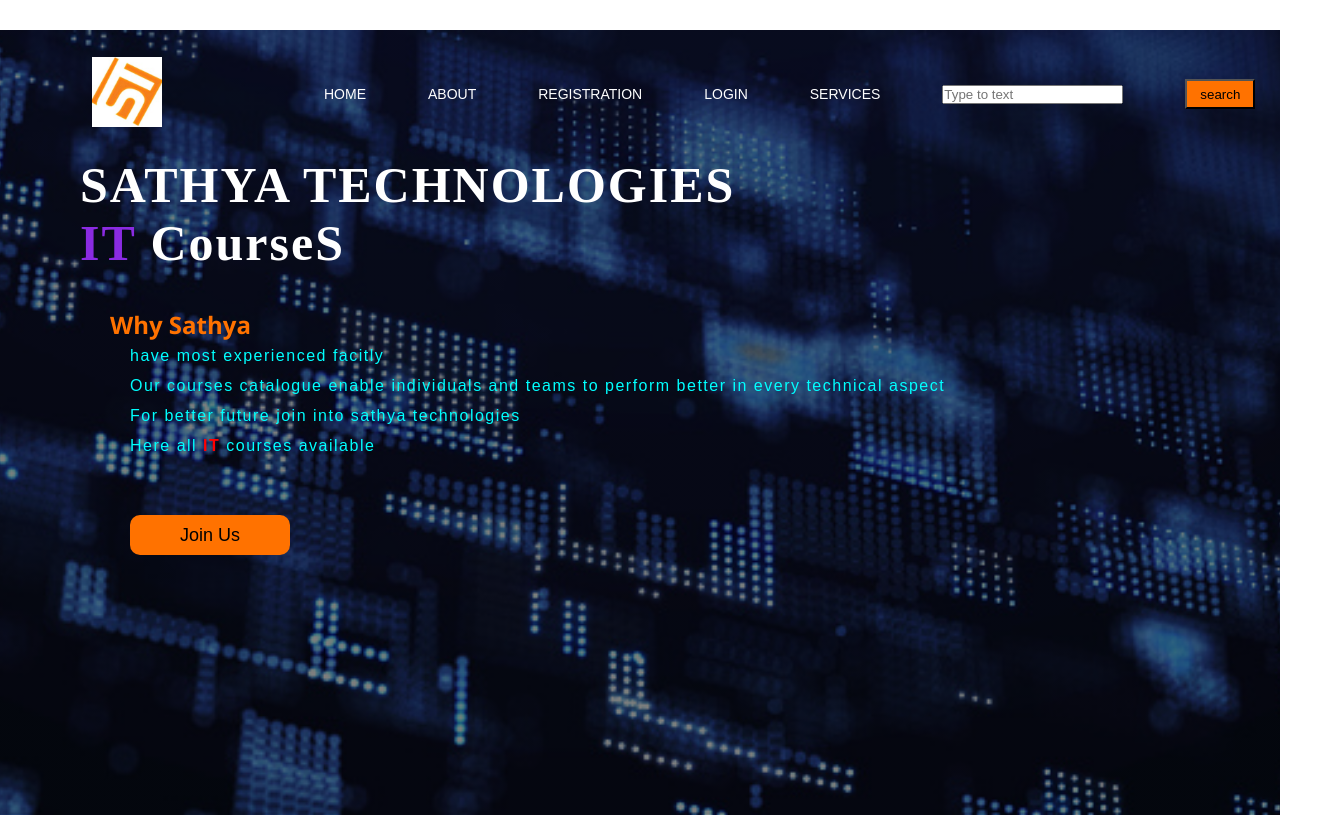
Repository: sainath0323/Website-design-using-J2EE
Page: AdvanceJavaApplication/src/main/webapp/index.html
An editor plug-in stored every save of this project. The page is shown before and after the next save, followed by the edit.
The browser window is 1280 px wide. The page is 1317 px wide, so the pictures cover 1317 px, including what lies to the right of the window. The pictures show the whole page.

Above is the page before, as saved 2023-04-26 05:46:03.

### AdvanceJavaApplication/src/main/webapp/index.html
<!DOCTYPE html>
<html lang="en">
<head>

<title>sathya technologies</title>
<link rel="stylesheet" href="index.css">
</head>
<body>
	<div class="main">
		<div class="navbar">

			<div class="menu">
				<ul>
					<li><img src="logo.jpeg" alt="sathya"></li>
					<li><a href="#">HOME</a></li>
					<li><a href="">ABOUT</a></li>
					<li><a href="registration.html">REGISTRATION</a></li>
					<li><a href="login.html">LOGIN</a></li>
					<li><a href="#">SERVICES</a></li>
					<li><input type="search" name="" placeholder="Type to text"></li>
					<li><a href="#"><button class="btn">search</button></a></li>
					<li></li>

				</ul>
			</div>
			<br>

			<div class="content">
				<h1>
					SATHYA TECHNOLOGIES<br> <span style="color: blueviolet;">IT</span>
					CourseS
				</h1>
				<br> <br>
				<h2>Why Sathya</h2>
				<p>
					have most experienced facitly <br> Our courses catalogue
					enable individuals and teams to perform better in every technical
					aspect <br>For better future join into sathya technologies <br>
					Here all <b style="color: red;">IT</b> courses available
				</p>
				<br> <br> <br>
				<a href="#"><button class="cn">Join Us</button></a>
			</div>

		</div>
	</div>
</body>
</html>

### AdvanceJavaApplication/src/main/webapp/index.css
*{
    margin: 0;
    padding: 0;
}

.main{
    width: 100%;
    background:linear-gradient(to top,rgba(0,0,0,0.5)50%,rgba(0,0,0,0.5)50%),url(websiteimage.jpg)50%;
    background-position: center;
    background-size: cover;
    height: 109vh;
}

.navbar{
    width: 1200px;
    height: 20px;
    margin: 30px;
}


.menu{
width: 400px;
float: left;
height: 70px;
}

ul{
    float: left;
    display: flex;
    justify-content: center;
    align-items: center;
}
ul li{
    list-style: none;
    margin-left: 62px;
    margin-top: 27px;
    font-size: 14px;

}
ul li img{
    height: 70px;
    margin-top: 0%;
    padding-right:100px;
    padding: left 5px;;
}
ul li a{
    text-decoration: none;
    color: #fff;
    font-family: Arial;
    transition: 0.4s ease-in-out;

}
ul li a .btn{
    background-color:#ff7200;
    height: 30px;
    width: 70px;
}

ul li a:hover{
    color: orange;
}
.content{
    width: 1200px;
    height: auto;
    margin: auto;
    color: #fff;
    position: relative;

}
.content p{
    color: aqua;
    padding-left:100px;
    font-family: Arial;
    letter-spacing: 1.5px;
    line-height: 30px;

}
.content h1{
    font-family: 'Times New Roman';
    font-size: 50px;
    padding-left: 50px;
    margin-top: 9%;
    letter-spacing: 2px;
}
.content h2{
    padding-left:  80px;
 color: #ff7200;
 font-family:'Segoe UI', Tahoma, Geneva, Verdana, sans-serif ;

}
.content .cn{
    width: 160px;
    height: 40px;
    background:#ff7200;
    border: none;
    margin-bottom: 10px;
    margin-left: 100px;
    font-size: 18px;
    border-radius: 10px;
    cursor: pointer;

}
.conntent.cn a{
    text-decoration: none;
    color: #000;
    transition: .3s ease;
}
.cn:hover{
    background-color: #fff;
}
.conntent span{
    color: #ff7200;
    font-size: 60px;

}
.main2{
    width: 100%;
    background:linear-gradient(to top,rgba(0,0,0,0.5)50%,rgba(0,0,0,0.5)50%),url(logo.jpeg)50%;
    background-position: center;
    background-size: cover;
    height: 109vh;
}
.navbar{
    width: 1200px;
    height: 20px;
    margin: 30px;
}

After the next save:
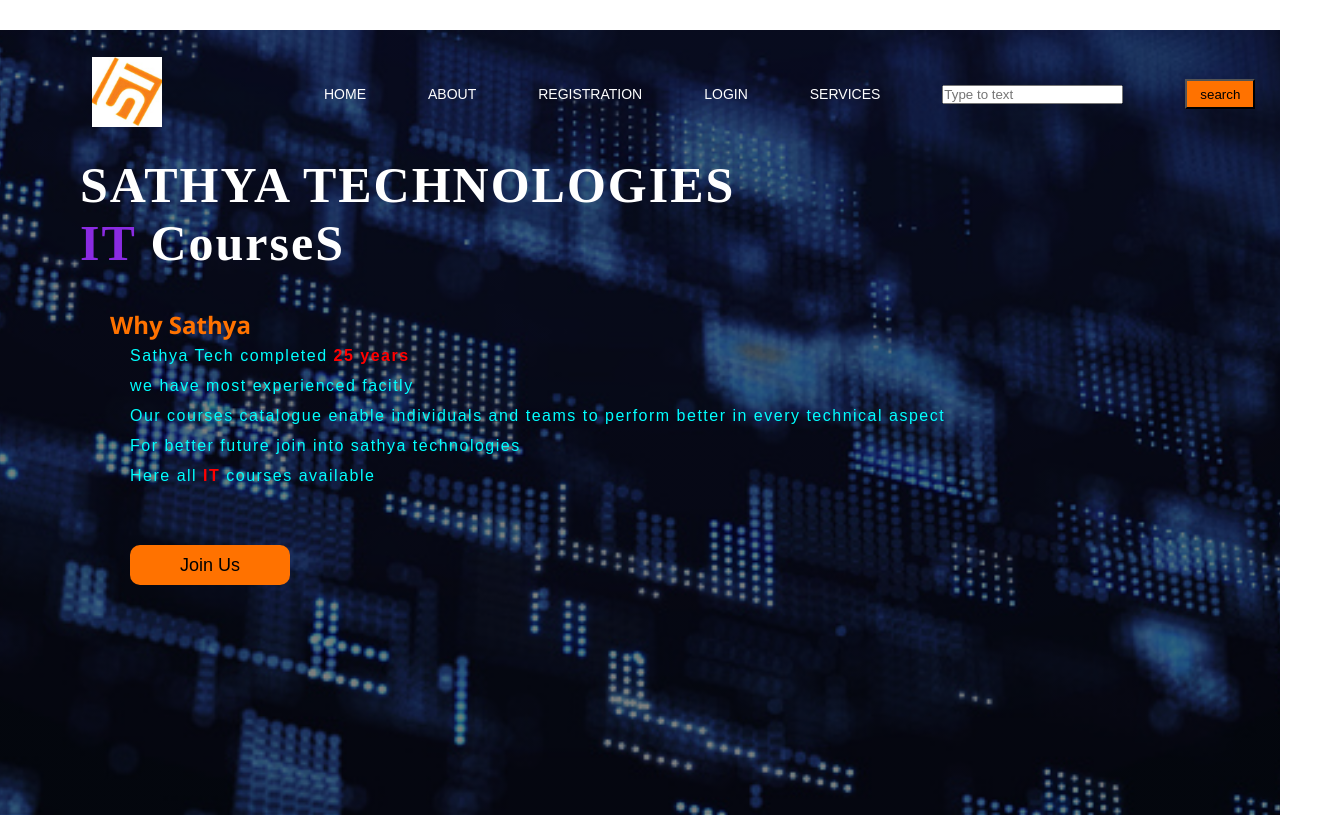
Saved 4 s later.
--- a/AdvanceJavaApplication/src/main/webapp/index.html
+++ b/AdvanceJavaApplication/src/main/webapp/index.html
@@ -33,6 +33,7 @@
 				<br> <br>
 				<h2>Why Sathya</h2>
 				<p>
+					Sathya Tech completed <b style="color: red;">25 years</b> <br>we
 					have most experienced facitly <br> Our courses catalogue
 					enable individuals and teams to perform better in every technical
 					aspect <br>For better future join into sathya technologies <br>
